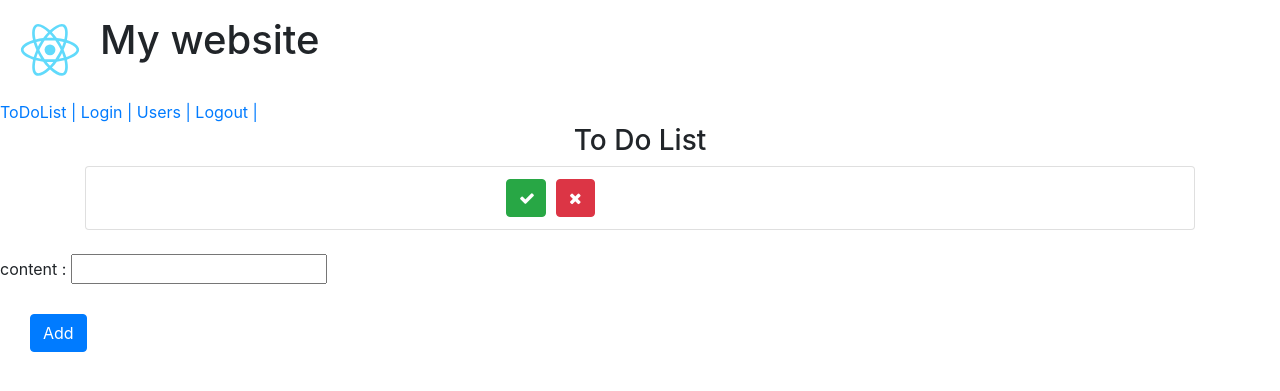
Repository: Marwa-Medhat/ReactJS-Labs
Page: /todolist (app in myapp/), after clicking the first element matching `button.btn`
These files come from the project's save history. The page is drawn as it stood at one moment and after the next save; the edit follows.
The browser window is 1280 px wide. The pictures show the whole page.
The project was rebuilt for these pictures with package versions that can differ from the ones it lists, and the page was loaded fresh each time.

Above is the page before, as saved 2021-04-28 22:50:41.

After the next save:
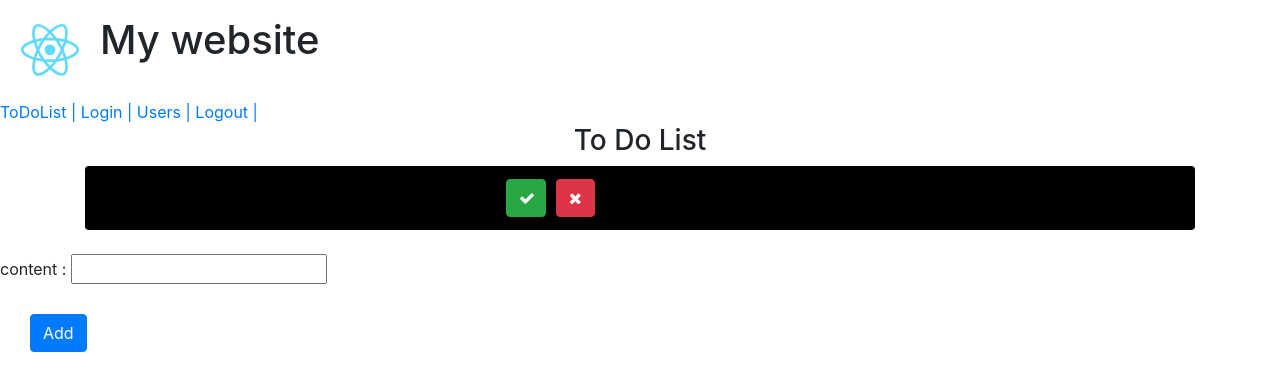
Saved 23 min 46 s later.
--- a/myapp/src/todo.js
+++ b/myapp/src/todo.js
@@ -9,8 +9,13 @@
     constructor(){
         super();
         this.state={
-            contents:[],
-            mark:false,
+            contents:[
+                {
+                content:"",
+                mark:false,
+                }
+            ],
+
         }
     }
     componentDidMount(){

After the 3 saves that followed:
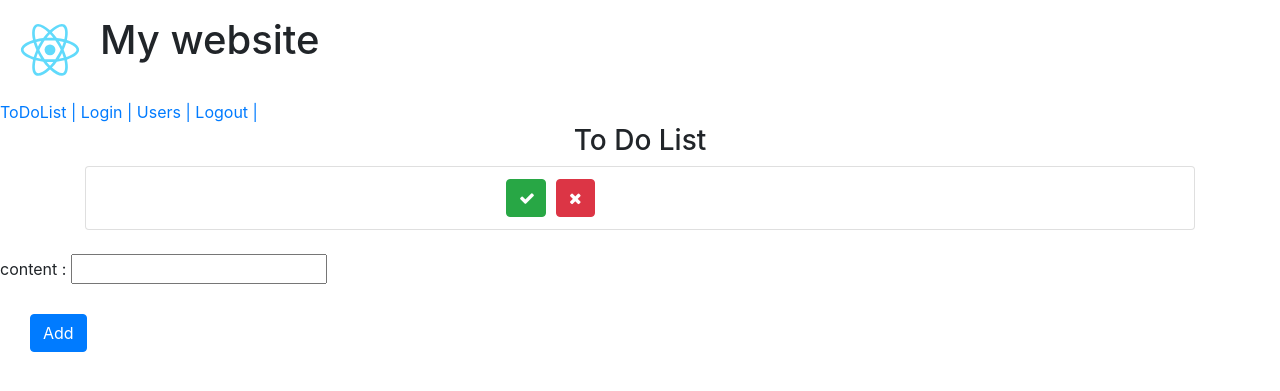
The 3 saves are shown as one change because 1 did not build or start and 1 left the picture as it was.
The last was saved 2 min 34 s later.
--- a/myapp/src/todo.js
+++ b/myapp/src/todo.js
@@ -40,7 +40,7 @@
     }
     markContent=(content)=>{
         // // this.state.mark=1;
-        this.setState({mark: !this.state.mark})
+        this.setState({mark: !this.state.contents.mark})
         // this.setState({contents:this.state.contents});
         // this.saveToLocalStorage();
     }
@@ -52,7 +52,7 @@
         return <div>
             <h3 style={{textAlign:"center",}}>To Do List</h3>
             <div className="container center" >
-            <DisplayTasks contents={this.state.contents} mark={this.state.mark} deleteContent={this.deleteContent} markContent={this.markContent}/><br/>
+            <DisplayTasks contents={this.state.contents} mark={this.state.contents.mark} deleteContent={this.deleteContent} markContent={this.markContent}/><br/>
             </div>
             <AddTask style={{textAlign:"center",}}addContent={this.addContent} />
         </div>
@@ -98,7 +98,7 @@
     render(){
         return <div class="list-group ">
             {this.props.contents.length > 0 ?this.props.contents.map((item)=>{
-                return <DisplayTask content={item} key={item.content} mark={this.props.mark} markContent={this.props.markContent} deleteContent={this.props.deleteContent} />
+                return <DisplayTask content={item} key={item.content} mark={this.props.contents.mark} markContent={this.props.markContent} deleteContent={this.props.deleteContent} />
             }):"Empty"}
         </div>
     }
